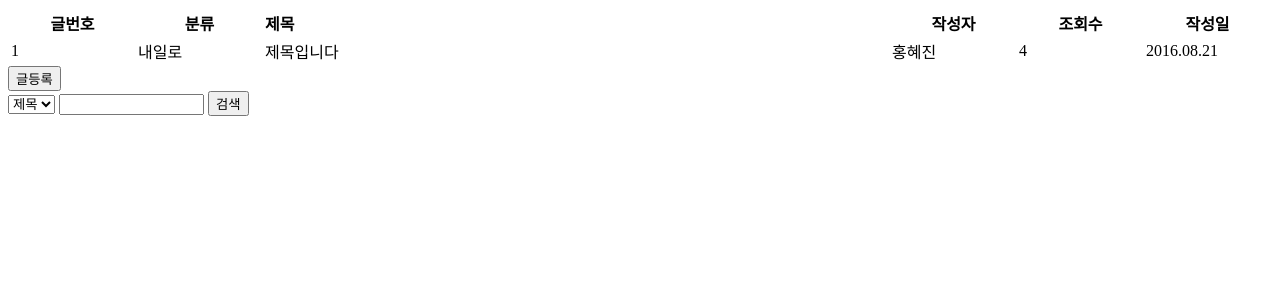
Repository: ekgus419/hckj
Page: http://localhost/Railro/WEB-INF/views/freeBoard/freeBoardList.jsp
These files come from the project's save history. The page is drawn as it stood at one moment and after the next save; the edit follows.
The browser window is 1280 px wide. The pictures show the whole page.
The page is served by Tomcat 9. Nobody is signed in. Other server files are loaded and not shown. The template is opened directly, without the code that normally fills it, so the values that code supplies are empty.

Above is the page before, as saved 2016-08-23 01:35:18.

### Railro/src/main/webapp/WEB-INF/views/freeBoard/freeBoardList.jsp
<%@ page language="java" pageEncoding="UTF-8" trimDirectiveWhitespaces="true"%>

<div class="content">
	<table width="100%">
	  <tr>
	    <th width="10%">글번호</th>
	    <th width="10%">분류</th>
	    <th width="50%" style="text-align: left">제목</th>
	    <th width="10%">작성자</th>
	    <th width="10%">조회수</th>
	    <th width="10%">작성일</th>
	  </tr>

	  <tr>
	  	<td>1</td>
	  	<td>내일로</td>
	  	<td style="text-align: left">제목입니다</td>
	  	<td>홍혜진</td>
	  	<td>4</td>
	  	<td>2016.08.21</td>
	  </tr>
	</table>

	<div class="button1">
		<button class="button" onclick="location.href='freeBoardReg.htm'">글등록</button>
	</div>

      <!-- 검색입력 폼 -->
	<form method= post action="">
		<div class="search">
		  	<select name="src_name">
		        <option value="name">이름 </option>
		        <option value="subject" selected>제목 </option>
				<option value="memo">내용 </option>
		    </select>
		  	<input type="text" name="src_value" size="15"/>
			<input type="submit" value="검색"/>
		</div>
	 </form>
</div>

After the next save:
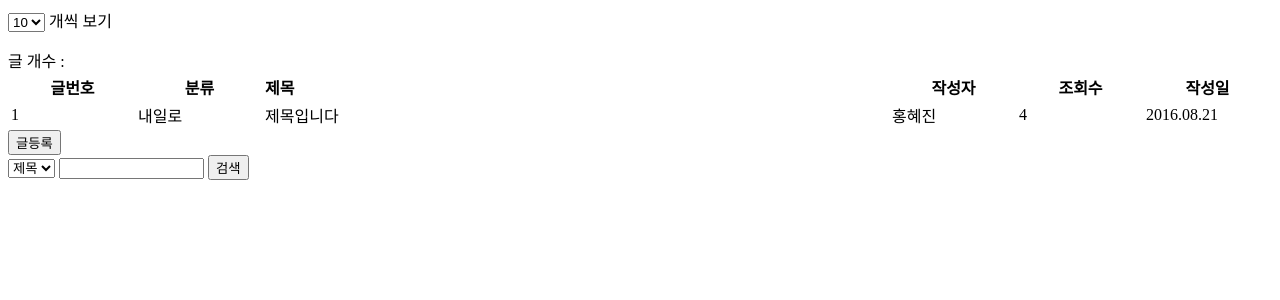
Saved 62 s later.
--- a/Railro/src/main/webapp/WEB-INF/views/freeBoard/freeBoardList.jsp
+++ b/Railro/src/main/webapp/WEB-INF/views/freeBoard/freeBoardList.jsp
@@ -1,6 +1,20 @@
 <%@ page language="java" pageEncoding="UTF-8" trimDirectiveWhitespaces="true"%>
 
 <div class="content">
+	<div class="setting">
+		<div class="limit-setting">
+			<form action="" method="get">
+				<select name="limit" onchange="limit_submit()">
+					<option value="5">5</option>
+					<option value="10" selected="selected">10</option>
+					<option value="15">15</option>
+					<option value="20">20</option>
+				</select>
+				개씩 보기
+			</form>
+		</div>
+		<span>글 개수 :</span>
+	</div>
 	<table width="100%">
 	  <tr>
 	    <th width="10%">글번호</th>
